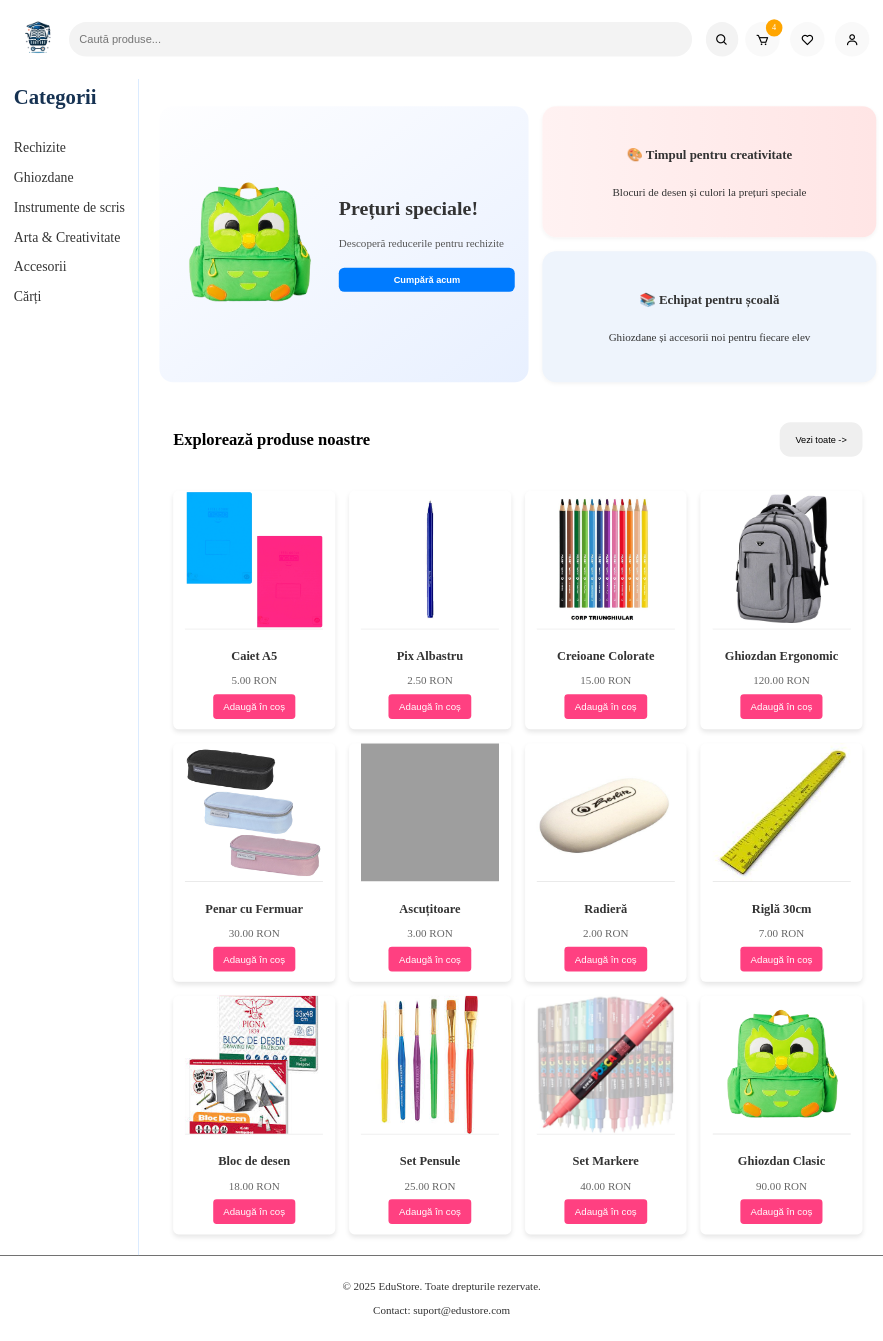
Repository: Roxana5504/WebDev-Project
Page: frontend/index.html
These files come from the project's save history. The page is drawn as it stood at one moment and after the next save; the edit follows.
The browser window is 1280 px wide. The pictures show the whole page, at 69% of full size.
Pictures or frames that could not be fetched are drawn as grey boxes.

Above is the page before, as saved 2025-04-23 17:18:00.

### frontend/index.html
<!DOCTYPE html>
<html lang="ro">
  <head>
    <meta charset="UTF-8" />
    <meta name="viewport" content="width=device-width, initial-scale=1.0" />
    <title>Căutare Produse</title>
    <link rel="stylesheet" href="/styles.css" />
    <link
      href="https://cdn.jsdelivr.net/npm/boxicons@2.1.4/css/boxicons.min.css"
      rel="stylesheet"
    />
  </head>

  <body>
    <header class="container-header">
      <div class="logo">
        <img src="/backend/images/logoDWS.png" alt="EduStore" />
      </div>

      <div class="search-bar">
        <button class="sidebar-toggle" id="sidebar-toggle">
          <i class="bx bx-menu"></i>
        </button>
        <input type="text" id="search-input" placeholder="Caută produse..." />
        <button class="search-btn" id="search-btn">
          <i class="bx bx-search"></i>
        </button>
      </div>

      <div class="header-icons">
        <div class="header-icon">
          <span class="cart-items">4</span>
          <i class="bx bx-cart"></i>
        </div>
        <div class="header-icon">
          <i class="bx bx-heart"></i>
        </div>
        <div class="header-icon profile">
          <i class="bx bx-user"></i>
        </div>
      </div>
    </header>

    <div class="main-content">
      <aside class="sidebar">
        <div>
          <h2>Categorii</h2>
          <ul>
            <li>Rechizite</li>
            <li>Ghiozdane</li>
            <li>Instrumente de scris</li>
            <li>Arta & Creativitate</li>
            <li>Accesorii</li>
            <li>Cărți</li>
          </ul>
        </div>
      </aside>

      <div class="container">
        <section class="banner">
          <div class="banner-left">
            <div class="banner-left-content">
              <div class="img-cont">
                <img src="/backend/images/gh.jpg" alt="Oferta specială" />
              </div>

              <div class="banner-text">
                <h2>Prețuri speciale!</h2>
                <p>Descoperă reducerile pentru rechizite</p>
                <button class="buy-now-btn" id="buy-now-btn">
                  Cumpără acum
                </button>
              </div>
            </div>
          </div>

          <div class="banner-right">
            <div class="banner-right-up">
              <h3>🎨 Timpul pentru creativitate</h3>
              <p>Blocuri de desen și culori la prețuri speciale</p>
            </div>
            <div class="banner-right-down">
              <h3>📚 Echipat pentru școală</h3>
              <p>Ghiozdane și accesorii noi pentru fiecare elev</p>
            </div>
          </div>
        </section>

        <section class="products">
          <div class="products-explore-line">
            <h2>Explorează produse noastre</h2>
            <button class="all-products-button">Vezi toate -></button>
          </div>
          <div id="product-list" class="product-list"></div>
        </section>
      </div>
    </div>
    <footer>
      <p>&copy; 2025 EduStore. Toate drepturile rezervate.</p>
      <p>Contact: suport@edustore.com</p>
    </footer>
    <script src="script.js"></script>
  </body>
</html>

### frontend/styles.css
/*CSS Roxana*/
html,
body {
  height: 100%;
  margin: 0;
  padding: 0;
}

.modal-overlay {
  position: fixed;
  top: 0;
  left: 0;
  right: 0;
  bottom: 0;
  background: rgba(0, 0, 0, 0.6);
  display: flex;
  align-items: center;
  justify-content: center;
  padding: 20px;
  z-index: 9999;
  overflow-y: auto;
  box-sizing: border-box;
}

.modal-content {
  display: flex;
  flex-direction: column;
  background: white;
  padding: 20px;
  border-radius: 10px;
  max-width: 800px;
  width: 100%;
  max-height: 90vh;
  overflow-y: auto;
  position: relative;
  box-sizing: border-box;
  align-items: center;
}

.modal-buttons {
  align-items: center;
  display: flex;
  gap: 10px;
  margin-top: 20px;
}

.modal-content button {
  background-color: black;
  color: white;
  font-weight: bold;
  border: none;
  padding: 12px 16px;
  border-radius: 5px;
}

.close-btn {
  position: absolute;
  top: 10px;
  right: 15px;
  font-size: 24px;
  cursor: pointer;
  color: red;
}

.modal-products {
  display: flex;
  flex-wrap: wrap;
  gap: 20px;
}

.modal-product-card {
  width: 200px;
  border: 1px solid #eee;
  border-radius: 10px;
  padding: 10px;
  text-align: center;
}

.modal-product-card img {
  max-width: 100%;
  height: auto;
  border-radius: 5px;
}

.container-header {
  position: sticky;
  top: 0px;
  background-color: white;
  z-index: 98;
  padding: 20px;
  display: flex;
  align-items: center;
  justify-content: space-between;
  width: 100%;
  box-sizing: border-box;
  flex-wrap: wrap;
  gap: 10px;
}

.logo img {
  height: 70px;
  cursor: pointer;
}

.search-bar {
  flex: 1;
  gap: 20px;
  display: flex;
  align-items: center;
  position: relative;
  max-width: 1000px;
}

.search-btn {
  width: 50px;
  height: 50px;
  border-radius: 100%;
  border: none;
  background-color: #f3f3f3;
  display: flex;
  justify-content: center;
  align-items: center;
  cursor: pointer;
  font-size: 20px;
}

.search-bar input {
  min-width: 200px;
  width: 100%;
  height: 50px;
  padding: 10px 15px;
  border-radius: 50px;
  border: none;
  background-color: #f3f3f3;
  font-size: 16px;
  outline: none;
  box-sizing: border-box;
}

.header-icons {
  display: flex;
  align-items: center;
  gap: 15px;
}

.header-icon {
  position: relative;
  width: 50px;
  height: 50px;
  background-color: #f9f9f9;
  border-radius: 50%;
  display: flex;
  justify-content: center;
  align-items: center;
  cursor: pointer;
}

.header-icon i {
  font-size: 20px;
  color: black;
}

.cart-items {
  position: absolute;
  top: -4px;
  right: -4px;
  background-color: orange;
  color: white;
  font-size: 12px;
  border-radius: 100%;
  padding: 5px 9px;
}

.main-content {
  display: flex;
  flex: 1;
  box-sizing: border-box;
  justify-content: left;
}

.container {
  flex: 1;
  width: 100%;
  margin: 0px auto;
  display: flex;
  flex-direction: column;
  padding: 10px;
  max-width: 1200px;
  box-sizing: border-box;
  justify-content: flex-start;
}

.sidebar {
  position: relative;
  height: auto;
  width: 200px;
  padding-right: 0px;
  margin-right: 20px;
  border-right: 1px solid rgb(203, 227, 255);
}

.sidebar div {
  position: sticky;
  top: 0px;
  background-color: white;
  z-index: 99;
}

.sidebar h2 {
  padding: 10px 0 10px 20px;
  font-size: 30px;
  font-weight: bold;
  margin-top: 0px;
  color: rgb(22, 50, 82);
}

.sidebar ul {
  list-style: none;
  padding: 0;
  margin: 0;
  margin-left: 20px;
}

.sidebar ul li {
  padding: 10px 0;
  font-size: 20px;
  color: #333;
  cursor: pointer;
  transition: color 0.3s ease;
}

.sidebar ul li:hover {
  color: #0d4e5a;
}

.sidebar-toggle {
  background: none;
  border: none;
  font-size: 25px;
  cursor: pointer;
  display: none;
}

.banner {
  display: flex;
  flex-wrap: wrap;
  gap: 20px;
  margin: 30px 0;
  width: 100%;
}

.banner-left {
  box-sizing: border-box;
  background: linear-gradient(to bottom right, #fefeff, #e8f0ff);
  border-radius: 20px;
  padding: 20px;
  position: relative;
  display: flex;
  align-items: center;
  justify-content: space-between;
  flex: 1 1 50%;
}

.banner-left-content {
  display: flex;
  gap: 20px;
  align-items: center;
  flex-wrap: wrap;
  width: 100%;
  max-width: 500px;
}

.banner-left-content img {
  width: 100%;
  max-width: 220px;
  height: auto;
  border-radius: 10px;
  object-fit: cover;
}

.banner-text {
  flex: 1;
  display: flex;
  flex-direction: column;
  gap: 10px;
}

.banner-text h2 {
  font-size: 1.8rem;
  color: #333;
  margin: 0;
}

.banner-text p {
  font-size: 1rem;
  color: #555;
}

.buy-now-btn {
  background-color: #007bff;
  color: white;
  border: none;
  padding: 10px 16px;
  border-radius: 8px;
  font-weight: bold;
  cursor: pointer;
  transition: background 0.3s ease;
}

.buy-now-btn:hover {
  background-color: #0056b3;
}

.banner-right {
  flex: 1 1 45%;
  display: flex;
  flex-direction: column;
  justify-content: space-between;
  gap: 20px;
  min-width: 300px;
}

.banner-right-up,
.banner-right-down {
  border-radius: 20px;
  padding: 20px;
  text-align: center;
  min-height: 150px;
  display: flex;
  flex-direction: column;
  justify-content: center;
  box-shadow: 0 2px 6px rgba(0, 0, 0, 0.05);
}

.banner-right-up {
  background: linear-gradient(to right, #fff2f2, #ffe5e5);
  color: #333;
}

.banner-right-down {
  background: #eef4fc;
  color: #333;
}

footer {
  text-align: center;
  padding: 20px;
  border-top: 1px solid #333;
  color: #333;
  background-color: white;
}

.products-explore-line {
  display: flex;
  justify-content: space-between;
  width: 100%;
  box-sizing: border-box;
  align-items: center;
  padding: 20px;
}

.all-products-button {
  border: none;
  border-radius: 16px;
  padding: 0px 10px;
  width: 120px;
  height: 50px;
  cursor: pointer;
}

@media (max-width: 768px) {
  .search-bar {
    gap: 10px;
    width: 100%;
    margin: 0px;
    order: 1;
    display: flex;
    justify-content: center;
  }

  .search-bar input {
    flex: 1;
    margin: 0 10px;
  }

  .banner {
    flex-direction: column;
  }

  .banner-left {
    width: 100%;
    flex: none;
  }

  .banner-right {
    flex-direction: row;
    flex-wrap: wrap;
    width: 100%;
    gap: 20px;
  }

  .banner-right-up,
  .banner-right-down {
    flex: 1 1 48%;
    min-width: 48%;
    padding: 15px;
  }
}

@media (max-width: 600px) {
  .modal-products {
    flex-direction: column;
    align-items: center;
  }

  .modal-product-card {
    width: 100%;
    max-width: 300px;
  }
  .sidebar {
    width: 30%;
    z-index: 99;
    transform: translateX(-100%);
    display: none;
  }

  .sidebar-toggle {
    display: block;
  }

  .sidebar.open {
    transform: translateX(0);
    display: block;
  }

  .sidebar h2 {
    font-size: 22px;
  }

  .sidebar ul li {
    font-size: 16px;
  }
}

/*Sfarsit CSS Roxana*/

.product-list {
  display: grid;
  grid-template-columns: repeat(auto-fit, minmax(220px, 1fr));
  gap: 20px;
  padding: 20px;
}

.product-card {
  background: white;
  border-radius: 8px;
  box-shadow: 0px 4px 8px rgba(0, 0, 0, 0.1);
  overflow: hidden;
  text-align: center;
  transition: transform 0.2s ease-in-out;
}

.product-card:hover {
  transform: scale(1.05);
}

.product-card img {
  width: 100%;
  height: 200px;
  object-fit: cover;
  border-bottom: 1px solid #ddd;
}

.product-card .product-info {
  padding: 15px;
}

.product-card h3 {
  font-size: 18px;
  margin: 10px 0;
  color: #333;
}

.product-card p {
  font-size: 16px;
  color: #666;
  margin-bottom: 10px;
}

.product-card button {
  background: #ff4081;
  color: white;
  border: none;
  padding: 10px 15px;
  border-radius: 5px;
  cursor: pointer;
  font-size: 14px;
  transition: background 0.3s;
}

.product-card button:hover {
  background: #e6006e;
}

@media (max-width: 768px) {
  .product-list {
    grid-template-columns: repeat(auto-fit, minmax(180px, 1fr));
  }
}

### frontend/script.js
//Roxana
document.addEventListener("DOMContentLoaded", function () {
  const categoryItems = document.querySelectorAll("aside li")
  const productList = document.getElementById("product-list")
  let products = []

  fetch("/products.json")
    .then((response) => {
      if (!response.ok) {
        throw new Error("Eroare la încărcarea fișierului products.json")
      }
      return response.json()
    })
    .then((data) => {
      products = data.products.map((product) => {
        const name = product.name.toLowerCase()
        let category = "altele"

        if (name.includes("ghiozdan")) category = "ghiozdane"
        else if (
          name.includes("pix") ||
          name.includes("creion") ||
          name.includes("marker") ||
          name.includes("pensul")
        )
          category = "arta-creativitate"
        else if (
          name.includes("radier") ||
          name.includes("ascuțitoare") ||
          name.includes("rigl")
        )
          category = "accesorii"
        else if (
          name.includes("caiet") ||
          name.includes("penar") ||
          name.includes("bloc")
        )
          category = "rechizite"

        return { ...product, category }
      })

      renderProducts()
    })
    .catch((error) => {
      console.error("Eroare la încărcare produse:", error)
    })

  function renderProducts() {
    productList.innerHTML = ""
    products.forEach((product) => {
      const productCard = document.createElement("div")
      productCard.classList.add("product-card")
      productCard.setAttribute("data-category", product.category)
      productCard.innerHTML = `
        <img src="${product.image}" alt="${
        product.name
      }" style="width: 200px; height: 200px; object-fit: cover;">
        <div class="product-info">
          <h3>${product.name}</h3>
          <p>${product.price.toFixed(2)} RON</p>
          <button>Adaugă în coș</button>
        </div>
      `
      productList.appendChild(productCard)
    })
  }

  categoryItems.forEach((item) => {
    item.addEventListener("click", function () {
      const category = this.textContent
        .trim()
        .toLowerCase()
        .replace(/\s+/g, "-")
      const productCards = document.querySelectorAll(".product-card")

      productCards.forEach((product) => {
        if (
          product.getAttribute("data-category") === category ||
          category === "toate"
        ) {
          product.style.display = "flex"
        } else {
          product.style.display = "none"
        }
      })
    })
  })
})

document.getElementById("search-btn").addEventListener("click", () => {
  const query = document.getElementById("search-input").value.trim()

  fetch(`/products/${query}`)
    .then((res) => {
      if (!res.ok) throw new Error("Server error: " + res.status)
      return res.json()
    })
    .then((data) => {
      if (data.length > 0) {
        showModalWithProducts(data)
      } else {
        showNoProductFoundModal(query)
      }
    })
    .catch((err) => {
      console.error("Eroare:", err)
    })
})

document.getElementById("buy-now-btn").addEventListener("click", () => {
  const query = "Ghiozdan Clasic"
  fetch(`/products/${query}`)
    .then((res) => {
      if (!res.ok) throw new Error("Server error: " + res.status)
      return res.json()
    })
    .then((data) => {
      if (data.length > 0) {
        showModalWithProducts(data)
      } else {
        showNoProductFoundModal(query)
      }
    })
    .catch((err) => {
      console.error("Eroare:", err)
    })
})

function showModalWithProducts(products) {
  let modalHTML = `
      <div id="product-modal" class="modal-overlay">
        <div class="modal-content">
          <span class="close-btn" onclick="closeModal()">&times;</span>
          <h2>Rezultate Căutare</h2>
          <div class="modal-products">
    `

  products.forEach((product) => {
    modalHTML += `
        <div class="modal-product-card">
          <img src="${product.image}" alt="${product.name}" />
          <h3>${product.name}</h3>
          <p>Preț: ${product.price} lei</p>
          <p>Cantitate: ${product.quantity ?? "Nespecificat"}</p>
        </div>
      `
  })

  modalHTML += `
          </div>
        </div>
      </div>
    `

  document.body.insertAdjacentHTML("beforeend", modalHTML)
}

function showNoProductFoundModal(query) {
  const modalHTML = `
      <div id="product-modal" class="modal-overlay">
        <div class="modal-content">
          <span class="close-btn" onclick="closeModal()">&times;</span>
          <h2>Produs negăsit</h2>
          <p>Nu am găsit produsul <strong>"${query}"</strong>.</p>
          <p>Dorești să îl adaugi în magazin?</p>
          <div class="modal-buttons">
          <button onclick="openAddProductForm('${query}')">Adaugă produs</button>
          <button onclick="closeModal()">Încearcă din nou</button></div>
        </div>
      </div>
    `
  document.body.insertAdjacentHTML("beforeend", modalHTML)
}

function closeModal() {
  const modal = document.getElementById("product-modal")
  if (modal) modal.remove()
}

const sidebarToggle = document.getElementById("sidebar-toggle")
const sidebar = document.querySelector(".sidebar")

sidebarToggle.addEventListener("click", () => {
  sidebar.classList.toggle("open")
})
//Sfarsit cod Roxana

### backend/products.json
{
  "products": [
    { "name": "Caiet A5", "price": 5.0, "image": "/backend/images/caiet.jpg" },
    {
      "name": "Pix Albastru",
      "price": 2.5,
      "image": "/backend/images/pix.jpg",
      "quantity": 20
    },
    {
      "name": "Creioane Colorate",
      "price": 15.0,
      "image": "/backend/images/creioane.jpg",
      "quantity": 20
    },
    {
      "name": "Ghiozdan Ergonomic",
      "price": 120.0,
      "image": "/backend/images/ghiozdan.jpg",
      "quantity": 20
    },
    {
      "name": "Penar cu Fermuar",
      "price": 30.0,
      "image": "/backend/images/penar.jpg",
      "quantity": 20
    },
    {
      "name": "Ascuțitoare",
      "price": 3.0,
      "image": "/backend/images/ascutitoare.jpg",
      "quantity": 20
    },

    {
      "name": "Radieră",
      "price": 2.0,
      "image": "/backend/images/radiera.jpg",
      "quantity": 20
    },
    {
      "name": "Riglă 30cm",
      "price": 7.0,
      "image": "/backend/images/rigla.jpg",
      "quantity": 20
    },
    {
      "name": "Bloc de desen",
      "price": 18.0,
      "image": "/backend/images/blocdesen.jpg",
      "quantity": 20
    },
    {
      "name": "Set Pensule",
      "price": 25.0,
      "image": "/backend/images/pensule.jpg",
      "quantity": 20
    },
    {
      "name": "Set Markere",
      "price": 40.0,
      "image": "/backend/images/markere.jpg",
      "quantity": 20
    },
    {
      "name": "Ghiozdan Clasic",
      "price": 90.0,
      "image": "/backend/images/gh.jpg",
      "quantity": 20
    }
  ]
}

After the next save:
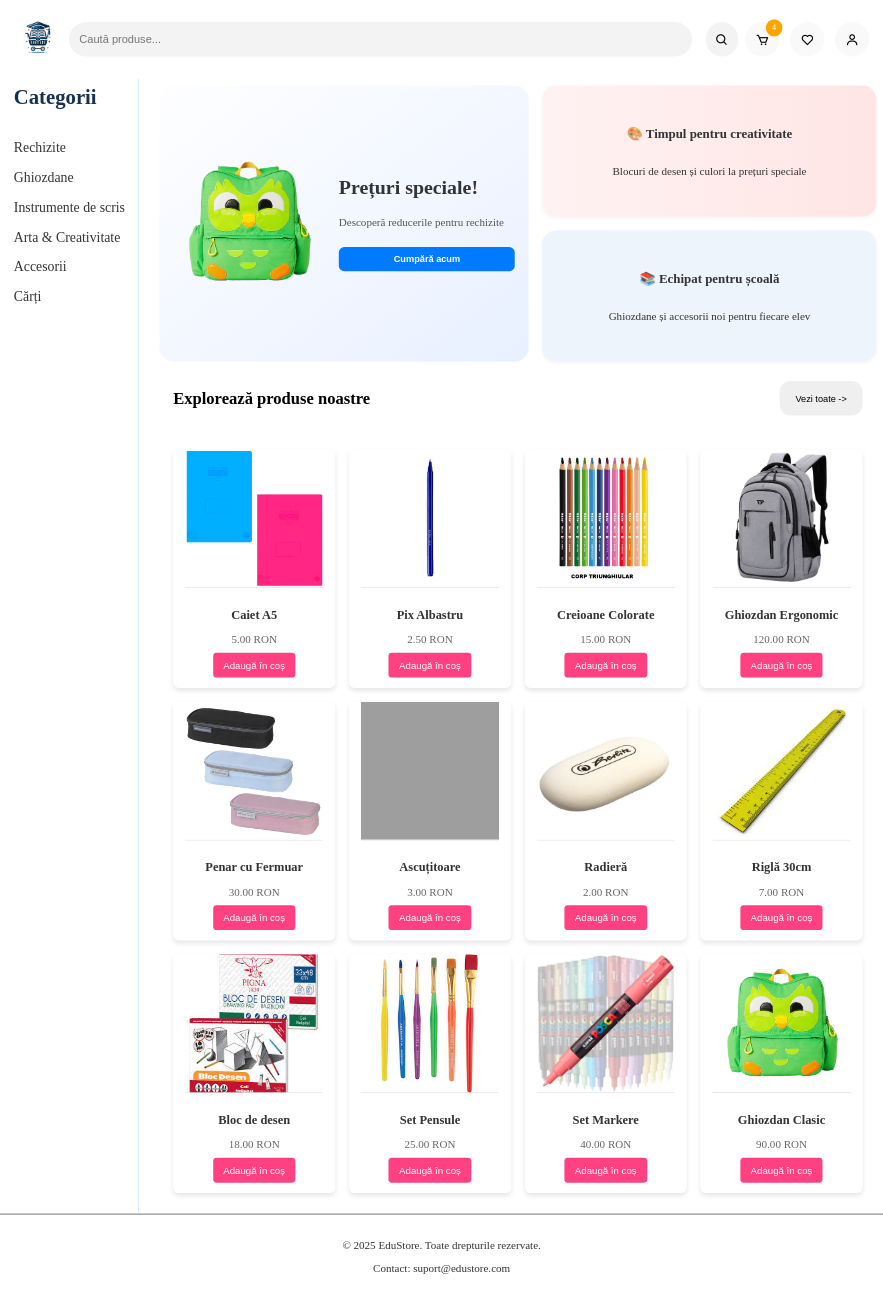
Saved 68 s later.
--- a/frontend/styles.css
+++ b/frontend/styles.css
@@ -245,7 +245,6 @@ body {
   display: flex;
   flex-wrap: wrap;
   gap: 20px;
-  margin: 30px 0;
   width: 100%;
 }
 
